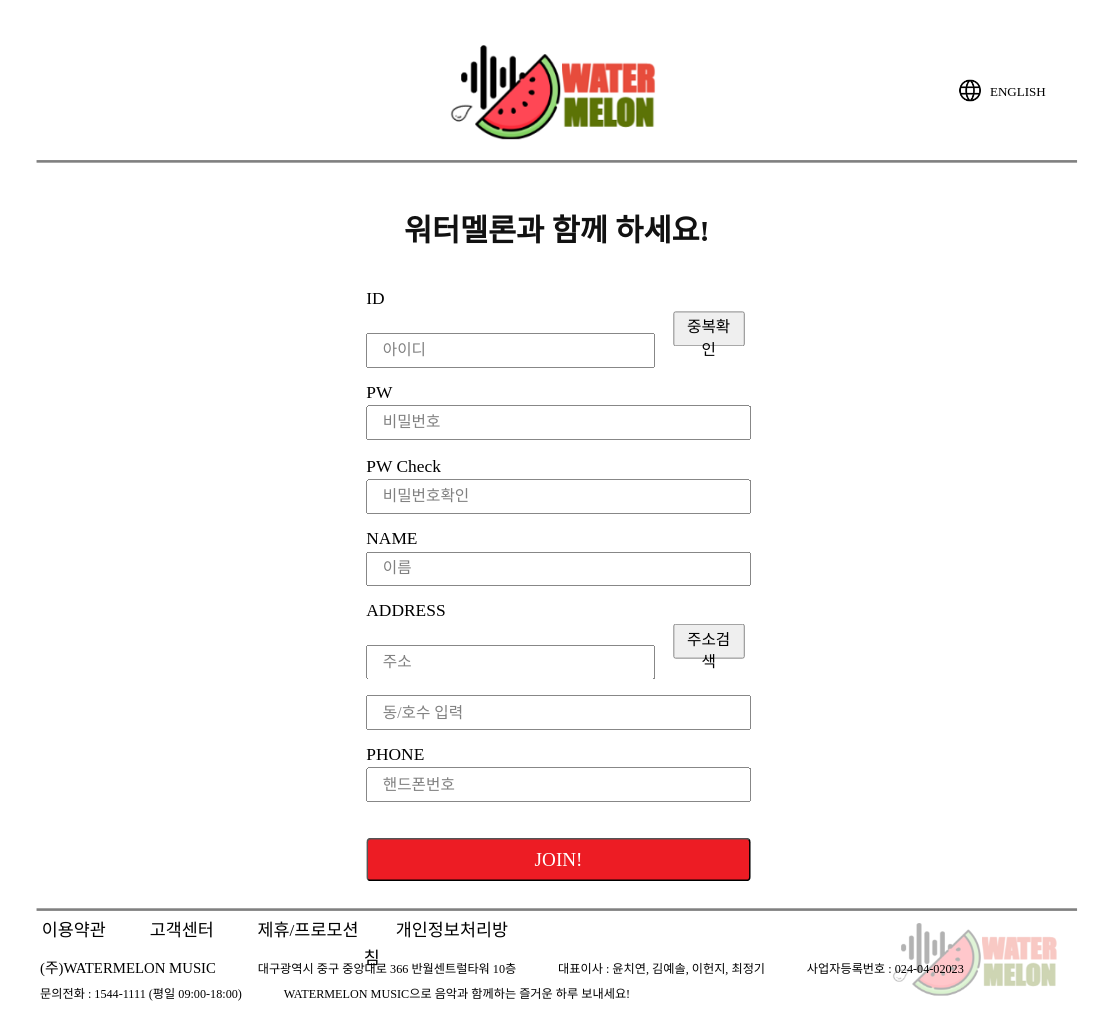
Repository: anchobb/TEAM_STS
Page: http://localhost/PJ_TEAM01/WEB-INF/views/member/join.jsp
An editor plug-in stored every save of this project. The page is shown before and after the next save, followed by the edit.
The browser window is 1280 px wide. The pictures show the whole page, at 87% of full size.
Some web fonts or font styles are not loaded; a fallback is used. Some web libraries are served in a nearby version. The page is served by Tomcat 9. Nobody is signed in. The template is opened directly, without the code that normally fills it, so the values that code supplies are empty.

Above is the page before, as saved 2023-09-13 05:47:28.

### PJ_TEAM01/src/main/webapp/WEB-INF/views/member/join.jsp
<%@ page language="java" contentType="text/html; charset=UTF-8"
	pageEncoding="UTF-8"%>
<%@ taglib prefix="c" uri="http://java.sun.com/jsp/jstl/core"%>
<!DOCTYPE html>
<html>
<head>
<meta charset="UTF-8">
<title>Insert title here</title>
<style>
	<%@include file="/resources/static/css/common.css"%>
	<%@include file="/resources/static/css/header.css"%>
	<%@include file="/resources/static/css/Join_Page.css"%>
	<%@include file="/resources/static/css/footer.css" %>
</style>

</head>
<body>

	<div class="wrapper">
		<!-- header -->
		<!-- top-header -->
		<header>
			<div class="log-header">
				<a href=<c:url value="/index" />><img class="logo" src="${pageContext.request.contextPath}/resources/static/img/로고.png" alt=""></a>
				<ul>
					<li><a href=""><img src="${pageContext.request.contextPath}/resources/static/img/english.png" alt="">ENGLISH</a></li>
				</ul>
			</div>
			<div class="logheader_line"></div>
		</header>

		<section class="join">
			<h1>워터멜론과 함께 하세요!</h1>
			<form method="post">
            <ul>
               <li><span>ID</span> <!-- <span id="id_check">*id중복여부표시</span> -->
                  <input id="id_input" name="id" type="text" placeholder="아이디"
                  title="아이디입력" required>
                  <button id="idcheck_btn" >중복확인</button></li>
               <li><span>PW</span> <input id="pw_input" name="pw"
                  type="password" placeholder="비밀번호" title="비밀번호입력" required></li>
               <li><span style="display:inline-block; width:100px">PW Check</span>
               <span id="pw_mismatch_msg" style="color: red; font-size:15px; display:inline-block;"></span>
                  <input id="pwc_input" name="pwc_input" type="password"
                  placeholder="비밀번호확인" title="비밀번호확인" required></li>
               <li><span>NAME</span> <input type="text" name="name"
                  placeholder="이름" title="이름입력" required></li>
               <li><span>ADDRESS</span> <input id="addr_input" name="addr"
                  type="text" placeholder="주소" title="주소입력" required>
                  <button id="addr_btn">주소검색</button></li>
               <li><input type="text" placeholder="동/호수 입력" title="주소입력"></li>
               <li><span>PHONE</span> <input type="text" name="phone"
                  placeholder="핸드폰번호" title="핸드폰번호입력" required></li>
               <li><button id="join_btn">JOIN!</button></li>
            </ul>
         </form>
		</section>

		<footer>
			<div class="footer_line"></div>
			<div>
				<ul class="footer_menu">
					<li><a href="">이용약관</a></li>
					<li><a href="">고객센터</a></li>
					<li><a href="">제휴/프로모션</a></li>
					<li style="width:170px"><a href=""> &nbsp;&nbsp;&nbsp;&nbsp;&nbsp;&nbsp;&nbsp;개인정보처리방침</a></li>
				</ul>
			</div>
			<p></p>
			<div class="Site_info">
				<img id="footer_logo" src="${pageContext.request.contextPath}/resources/static/img/로고.png" alt="">
				<span class="Sitename">(주)WATERMELON MUSIC</span> <span>대구광역시
					중구 중앙대로 366 반월센트럴타워 10층</span> <span>대표이사 : 윤치연, 김예솔, 이헌지, 최정기</span> <span>사업자등록번호
					: 024-04-02023</span> <br> <span>문의전화 : 1544-1111 (평일
					09:00-18:00)</span> <span>WATERMELON MUSIC으로 음악과 함께하는 즐거운 하루 보내세요!</span>
			</div>

		</footer>
	</div>
	<!-- <script>
		function checkDuplicate() {
			var id = document.getElementById("id_input").value;

			// 서버로 AJAX 요청을 보냄
			var xhr = new XMLHttpRequest();
			xhr.open("GET",
					"${pageContext.request.contextPath}/member/checkDuplicate?id="
							+ encodeURIComponent(id), true);
			xhr.onreadystatechange = function() {
				if (xhr.readyState === XMLHttpRequest.DONE) {
					if (xhr.status === 200) {
						// 서버로부터 응답을 받은 경우
						var response = JSON.parse(xhr.responseText);
						if (response.duplicate) {
							alert("이미 사용중인 아이디입니다.");
						} else {
							alert("사용가능한 아이디입니다.");
						}
					} else {
						// 서버로부터 응답을 받지 못한 경우
						alert("서버와의 통신에 실패했습니다.");
					}
				}
			};
			xhr.send();
		}
	</script> -->
	<script src="https://cdnjs.cloudflare.com/ajax/libs/axios/1.4.0/axios.min.js" integrity="sha512-uMtXmF28A2Ab/JJO2t/vYhlaa/3ahUOgj1Zf27M5rOo8/+fcTUVH0/E0ll68njmjrLqOBjXM3V9NiPFL5ywWPQ==" crossorigin="anonymous" referrerpolicy="no-referrer"></script>

<script>

      async function checkDuplicateId() {
         var id = document.getElementById("id_input").value;

         try {
            const response = await axios.get(`${pageContext.request.contextPath}/member/checkDuplicate`, {
                     params : { id : id },
            });

            const isDuplicate = response.data;
            if (!isDuplicate) {
               alert("이미 사용 중인 아이디입니다.");
            } else {
               alert("사용 가능한 아이디입니다.");
            }
         } catch (error) {
            alert("중복 확인 중에 오류가 발생했습니다.");
         }

      }
      document.getElementById("idcheck_btn").addEventListener("click", checkDuplicateId);

      //-------------------------------------------------------------------------------------
       document.addEventListener("DOMContentLoaded", function() {
             // ...

             function checkPasswordsMatch() {
                 var pwInput = document.getElementById("pw_input").value;
                 var pwcInput = document.getElementById("pwc_input").value;
                 var pwMismatchMsg = document.getElementById("pw_mismatch_msg");

                 if (pwInput !== pwcInput) {
                     pwMismatchMsg.textContent = "비밀번호가 일치하지 않습니다.";
                     return false;
                 } else {
                     pwMismatchMsg.textContent = ""; // 일치하면 메시지를 지웁니다.
                     return true;
                 }
             }

             document.getElementById("join_btn").addEventListener("click", function(event) {
                 if (!checkPasswordsMatch()) {
                     event.preventDefault(); // 비밀번호 불일치 시 폼 제출을 막습니다.
                 }
             });
         });

   </script>


</body>
</html>

### PJ_TEAM01/src/main/webapp/resources/static/css/common.css
@font-face {
    font-family: 'SDSamliphopangche_Basic';
    src: url('https://cdn.jsdelivr.net/gh/projectnoonnu/noonfonts-20-12@1.0/SDSamliphopangche_Basic.woff') format('woff');
    font-weight: normal;
    font-style: normal;
}

* {
    margin: 2px;
    box-sizing: border-box;
    font-family: 'SDSamliphopangche_Basic';
}

ul {
    list-style: none;
    padding: 0px;
    margin: 0px;
    color: black;
}

a {
    text-decoration: none;
    color: black;
}

.wrapper {
    width: 1200px;
    margin: 30px auto;
}

.wrapper>nav>.mobilemenu>.material-symbols-outlined{
    font-variation-settings:
    'FILL' 0,
    'wght' 400,
    'GRAD' 0,
    'opsz' 48}

### PJ_TEAM01/src/main/webapp/resources/static/css/header.css
/* header */
.wrapper>header {
    height:130px;
    /* border: 1px solid red; */
    margin-top: 20px;
}

/* 탑헤더 내 로고, 검색창, 퀵메뉴 전체 */
.wrapper>header>.top-header{
    height: 110px;
    /* border: 1px solid green; */
    display: flex;
    justify-content: space-between;
    align-items: center;
}

/* 탑헤더 내 로고 */
.wrapper>header>.top-header>.logo{
    margin-top: 0;
    width: 240px;
    height: 120px;
}

/* 탑헤더 내 검색창 */
.wrapper>header>.top-header>form .search_box{
    height: 38px;
    width: 500px;
    border: 3px solid rgb(92, 115, 6);
    position: relative;
    border-radius: 7px;
    line-height: 35px;
    padding-left: 10px;
}

.wrapper>header>.top-header>form .search_box>div{
    /* border: 1px solid rosybrown; */
    height: 35px;
    width: 110px;
    font-size: 20px;
    text-align: center;
    line-height: 35px;
    margin-top: -1px;
    margin-left: -10px;
    border-right: 3px solid rgb(92, 115, 6);
    background-color: rgba(92, 115, 6, 0.43);
}

.wrapper>header>.top-header>form .search_box>input {
    height: 30px;
    width: 340px;
    border: 1px;
    outline: 1px;
    position: absolute;
    top: -1px;
    left: 115px;
    font-size: 15px;
    color: black;
    font-family: 'NanumSquareBold';
}

.wrapper>header>.top-header>form .search_box>img {
    position: absolute;
    width: 30px;
    height: 30px;
    top: 0px;
    left: 92%;
    display: block;
}

/* 헤더 내 퀵메뉴 */
.wrapper>header>.top-header>ul {
    /* border: 1px solid red; */
    display: flex;
    justify-content: right;
    align-items: center;
}

.wrapper>header>.top-header>ul>li {
    /* border: 1px solid gray; */
    width: 110px;
    position: relative;
    text-align: center;
}

.wrapper>header>.top-header>ul>li>a {
    display: block;
    font-size: 16px;
    position: relative;
    left: 15px;
}

.wrapper>header>.top-header>ul>li>a>img{
    width: 20px;
    height: 18px;
    justify-content: center;
    align-content: center;
    position: absolute;
    top: -2.5px;
    left: -5px;
}

/* nav부분 STYLE */
.wrapper>nav>.navi{
    display: flex;
    justify-content: space-between;
}

/* 왼쪽 nav one-depth */
.wrapper>nav>.navi>.Menu_left>.one--depth {
    width: 100%;
    height: 60px;
    display: flex;
}

.wrapper>nav>.navi>.Menu_left>.one--depth>li {
    position: relative;
    height: 35px;
}

.wrapper>nav>.navi>.Menu_left>.one--depth>li>a {
    display: block;
    font-size: 20px;
    width: 110px;
    /* transition: 1s; */

}

/* 왼쪽 nav two-depth */
.wrapper>nav>.navi>.Menu_left>.one--depth>li>.two--depth {
    position: absolute;
    display: none;

}

.wrapper>nav>.navi>.Menu_left>.one--depth>li>.two--depth>li {
    height: 30px;
    line-height: 30px;

}

.wrapper>nav>.navi>.Menu_left>.one--depth>li>.two--depth>li>a {
    display: block;
    width: 120px;
    font-size: 17px;
}

.wrapper>nav>.navi>.Menu_left>.one--depth>li>a:hover {
    font-size: 22px;
}

.wrapper>nav>.navi>.Menu_left>.one--depth>li:hover .two--depth {
    display: flex;
}

.wrapper>nav>.navi>.Menu_left>.one--depth>li>.two--depth>li>a:hover {
    font-size: 18px;
    transition: 0.7s;
    color: rgb(192, 57, 43);
}

/* 오른쪽 nav one-depth */
.wrapper>nav>.navi>.Menu_right>.one--depth {
    width: 100%;
    height: 60px;
    display: flex;
}

.wrapper>nav>.navi>.Menu_right>.one--depth>li {
    position: relative;
    height: 35px;
}

.wrapper>nav>.navi>.Menu_right>.one--depth>li>a {
    display: block;
    font-size: 20px;
    width: 110px;
    text-align: right;
}

/* 오른쪽 nav two-depth */
.wrapper>nav>.navi>.Menu_right>.one--depth>li>.two--depth {
    position: absolute;
    display: none;
}

.wrapper>nav>.navi>.Menu_right>.one--depth>li>.two--depth>li {
    height: 30px;
    line-height: 30px;
}

.wrapper>nav>.navi>.Menu_right>.one--depth>li>.two--depth>li>a {
    display: block;
    width: 110px;
    font-size: 17px;
    text-align: center;
}

.wrapper>nav>.navi>.Menu_right>.one--depth>li>a:hover {
    font-size: 22px;
}

.wrapper>nav>.navi>.Menu_right>.one--depth>li:hover .two--depth {
    display: flex;
    text-align: right;
    right: -12px;
}

.wrapper>nav>.navi>.Menu_right>.one--depth>li>.two--depth>li>a:hover {
    font-size: 18px;
    transition: 0.7s;
    color: rgb(192, 57, 43);
}

/* header_line */
.wrapper>.header_line {
    display: block;
    background-color: gray;
    height: 3px;
    width: 100%;
    margin: 5px auto;
}

.wrapper>footer>#footer_logo{
    border: 1px solid;
    opacity: 0.6;
    margin-bottom: 500px;
}


.wrapper>header>.log-header{
    height: 150px;
    position: relative;
    display: flex;
    justify-content: center;
    align-items: center;
}

.logheader_line{
    display: block;
    background-color: gray;
    height: 3px;
    width: 100%;
    margin: 0 auto;
}


/* login header */

.wrapper>header>.log-header>a>.logo{
    margin-top: 0;
}

.wrapper>header>.log-header>ul{
    position: absolute;
    right: 30px;
}

.wrapper>header>.log-header>ul>li{
    display: inline-block;
    height: 40px;
    text-align: center;
    line-height: 35px;
}

.wrapper>header>.log-header>ul>li>a{
    font-size: 15px;
    position: relative;

}

.wrapper>header>.log-header>ul>li>a>img{
    position: absolute;
    width: 30px;
    height: 30px;
    right: 70px;
}

.wrapper>nav>.mobilemenu{
    display: none;
}

### PJ_TEAM01/src/main/webapp/resources/static/css/Join_Page.css
li{
    list-style: none;
    }

    .join {
        width: 450px;
        display: block;
        height: 100%;
        padding-top: 50px;
        margin: 0 auto;
    }

    .join h1 {
        padding-top: 20px;
        font-size: 35px;
        color: #111;
        text-align: center;
    }

    .join>form ul {
        padding: 40px 0 10px;
    }

    .join>form ul li {
        padding: 0 0 12px;
        text-align: left;
    }

    .join>form>ul>li>span{
        font-size: 20px;
        display: block;
    }

    .join>form ul li input {
        width: 100%;
        height: 40px;
        box-sizing: border-box;
        text-indent: 15px;
        font-size: 18px;
        color: black;
        font-family: 'SDSamliphopangche_Basic';
    }

    .join>form>ul>li #id_input, #addr_input{
        width: 75%;
        height: 40px;
        box-sizing: border-box;
        text-indent: 15px;
        font-size: 18px;
        color: black;
        font-family: 'SDSamliphopangche_Basic';
    }

    .join form ul li input::-webkit-input-placeholder {
        font-size: 18px;
        color: gray;
    }

    .join form #idcheck_btn, #addr_btn{
        width: 82px;
        height: 40px;
        margin-left: 15px;
        margin-right: 0px;
        font-size: 18px;
        cursor: pointer;
    }

    .join>form #join_btn {
        width: 100%;
        height: 50px;
        background: #ed1c24;
        border-radius: 5px;
        font-size: 22px;
        color: #fff;
        margin-top: 25px;
        cursor: pointer;
    }

    .join div {
        padding: 0 0 45px;
    }

    .join div ul {
        display: flex;
        justify-content: space-between;
    }

    .join div ul li {
        position: relative;
    }

    .join div ul li:nth-child(2) {
        padding-right: 150px;
    }

    .join div ul li:nth-child(2)::after {
        content: "";
        position: absolute;
        left: -10px;
        top: 1px;
        height: 16px;
        width: 1.2px;
        background: #111;
        transform: rotate(25deg);
    }

### PJ_TEAM01/src/main/webapp/resources/static/css/footer.css
/* footer */

/* footer line */
.wrapper>footer>.footer_line {
    display: block;
    background-color: gray;
    height: 3px;
    width: 100%;
    margin: 5px auto;
}

/* footer */
.wrapper>footer>div>.footer_menu {
    display: flex;
    /* border: 1px solid; */
    height: 40px;
}

.wrapper>footer>div>.footer_menu>li{
    /* border: 1px solid red; */
    width: 120px;
    height: 30px;
    line-height: 30px;
}

.wrapper>footer>div>.footer_menu>li>a{
    font-family: 'SDSamliphopangche_Basic';
    font-size: 20px;
}

.wrapper>footer>.Site_info{
    position: relative;
}

.wrapper>footer>.Site_info>#footer_logo{
    position: absolute;
    top: -50px;
    right: 0;
    width: 220px;
    height: 110px;
    opacity: 0.3;
    z-index: -1;
}

.wrapper>footer>.Site_info>span{
    display: inline-block;
    font-size: 14px;
    padding: 2px 40px 2px 0;
}

.wrapper>footer>.Site_info>.Sitename{
    font-family: 'SDSamliphopangche_Basic';
    font-size: 17px;
}

After the next save:
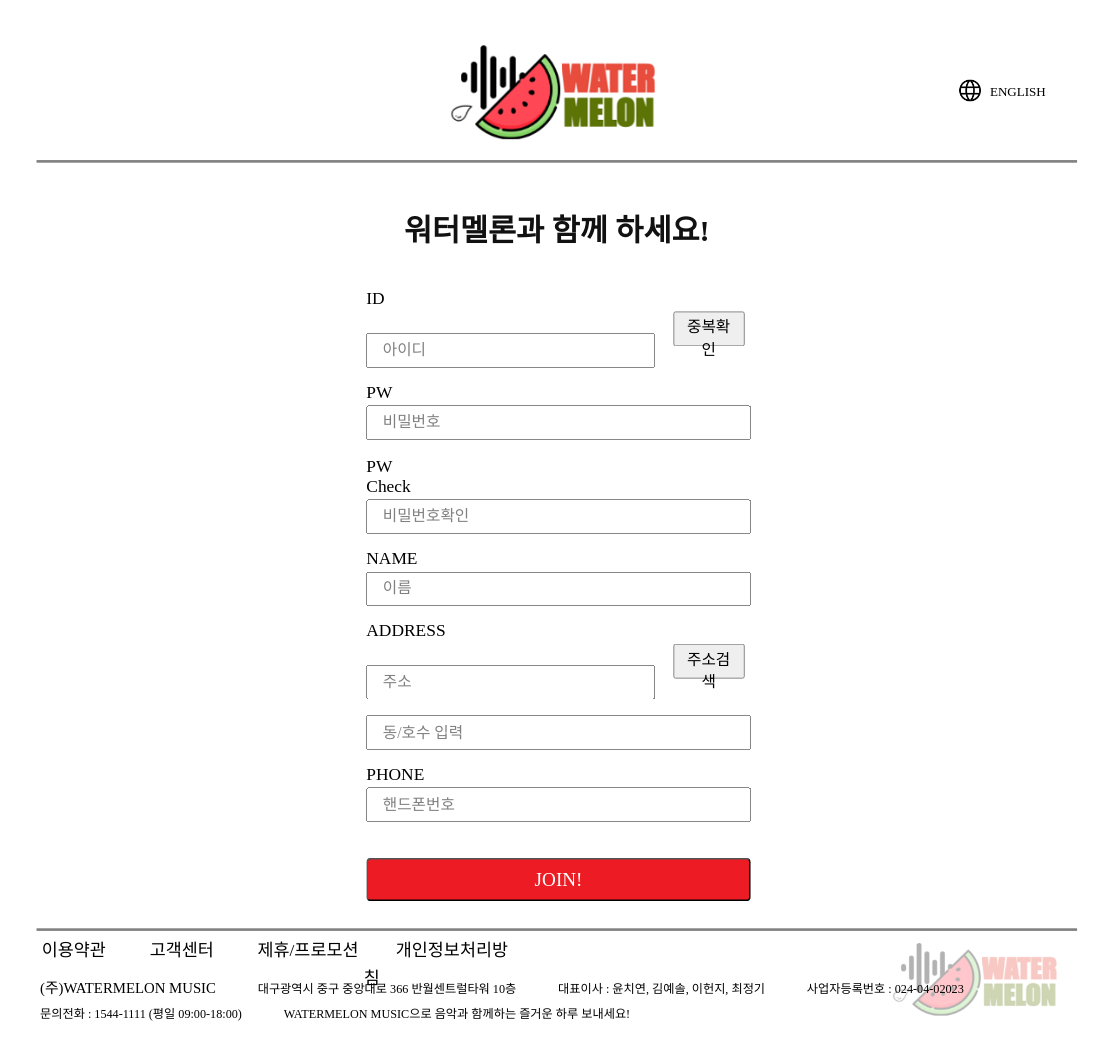
Saved 20 s later.
--- a/PJ_TEAM01/src/main/webapp/WEB-INF/views/member/join.jsp
+++ b/PJ_TEAM01/src/main/webapp/WEB-INF/views/member/join.jsp
@@ -39,7 +39,7 @@
                   <button id="idcheck_btn" >중복확인</button></li>
                <li><span>PW</span> <input id="pw_input" name="pw"
                   type="password" placeholder="비밀번호" title="비밀번호입력" required></li>
-               <li><span style="display:inline-block; width:100px">PW Check</span>
+               <li><span style="display:inline-block; width:80px">PW Check</span>
                <span id="pw_mismatch_msg" style="color: red; font-size:15px; display:inline-block;"></span>
                   <input id="pwc_input" name="pwc_input" type="password"
                   placeholder="비밀번호확인" title="비밀번호확인" required></li>

After the save that followed:
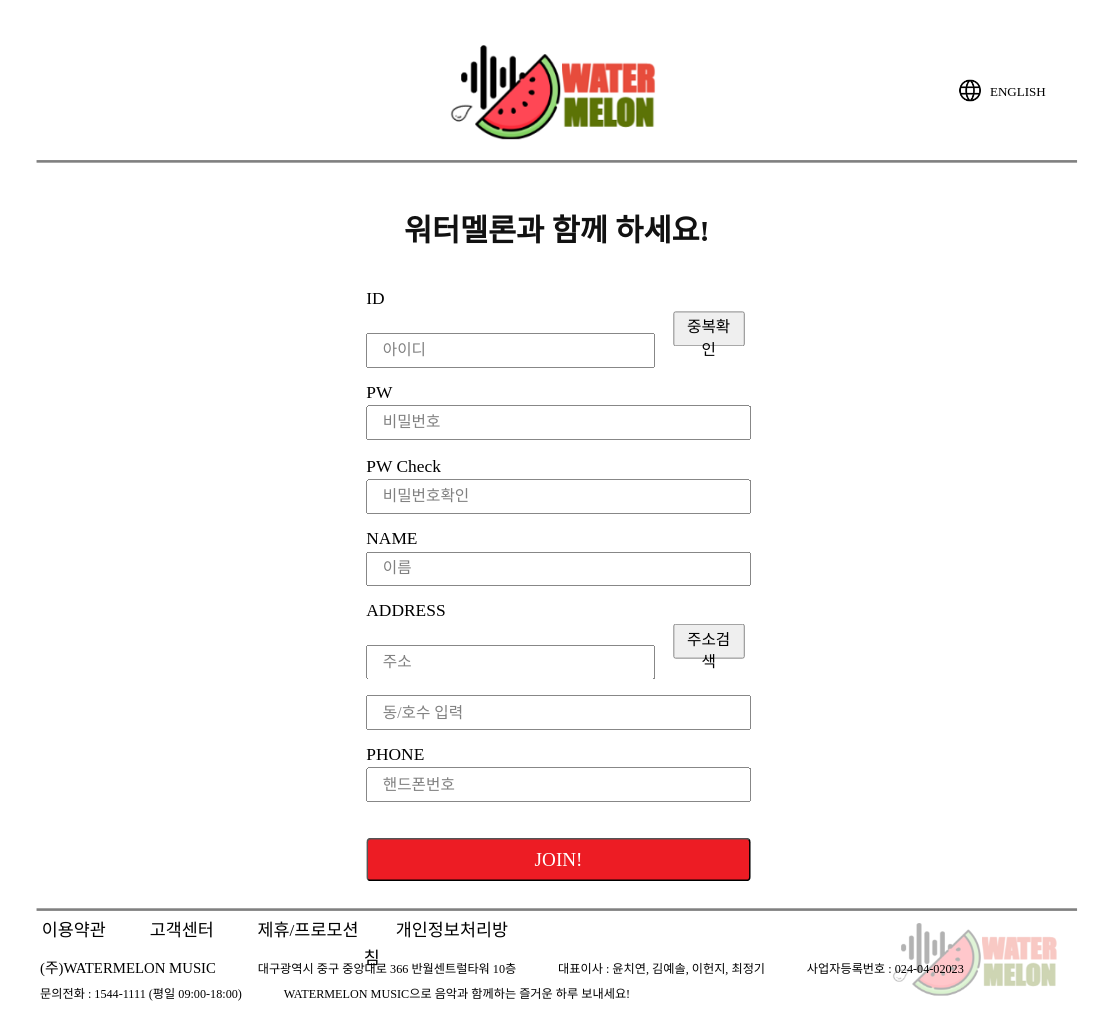
Saved 5 s later.
--- a/PJ_TEAM01/src/main/webapp/WEB-INF/views/member/join.jsp
+++ b/PJ_TEAM01/src/main/webapp/WEB-INF/views/member/join.jsp
@@ -39,7 +39,7 @@
                   <button id="idcheck_btn" >중복확인</button></li>
                <li><span>PW</span> <input id="pw_input" name="pw"
                   type="password" placeholder="비밀번호" title="비밀번호입력" required></li>
-               <li><span style="display:inline-block; width:80px">PW Check</span>
+               <li><span style="display:inline-block; width:90px">PW Check</span>
                <span id="pw_mismatch_msg" style="color: red; font-size:15px; display:inline-block;"></span>
                   <input id="pwc_input" name="pwc_input" type="password"
                   placeholder="비밀번호확인" title="비밀번호확인" required></li>
